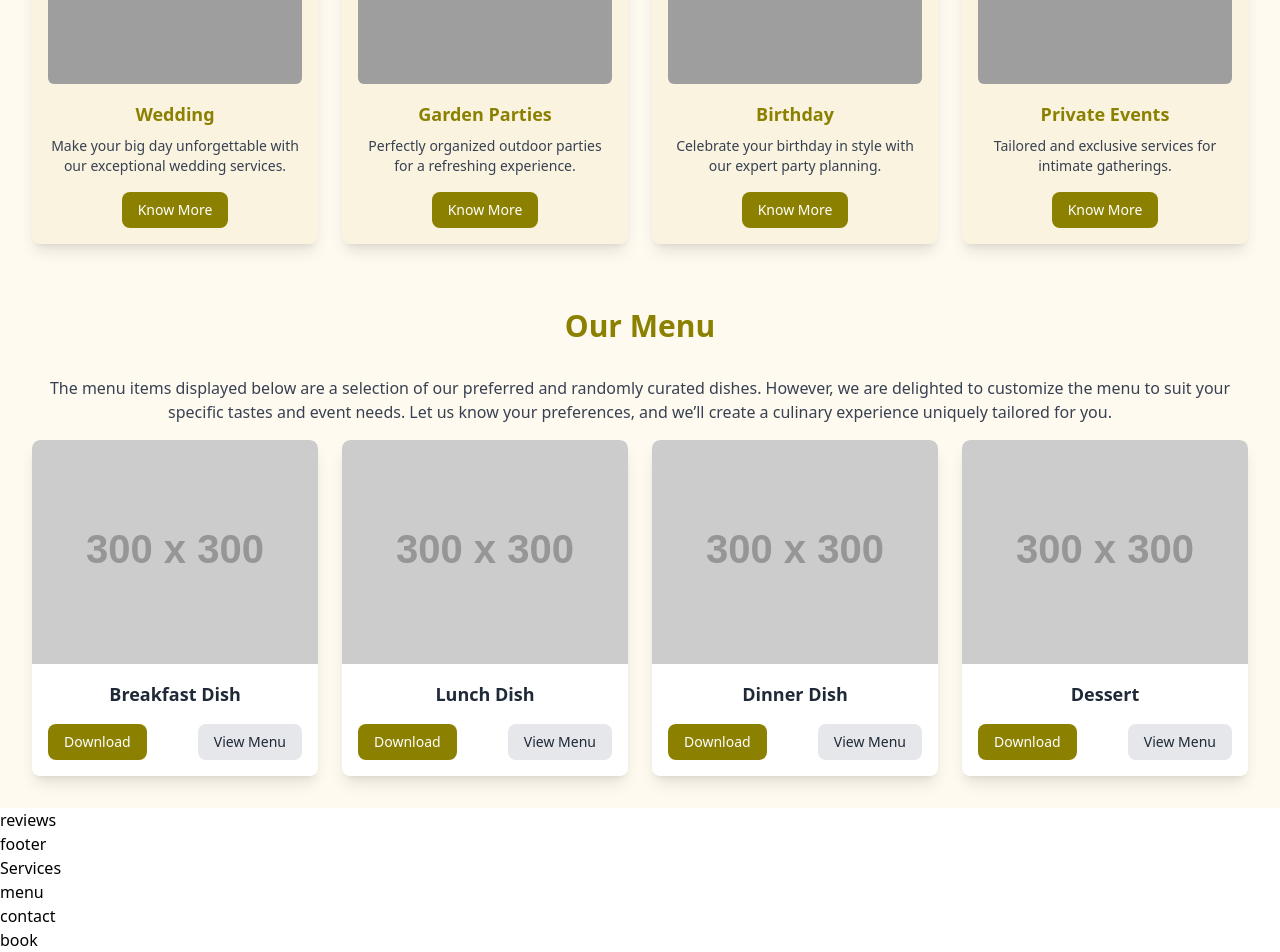
Repository: makanda596/compactchef
Page: /
The author's editor kept a copy of each file at every save. The page is drawn from the files as they stood at one save, then again after the next save.
The browser window is 1280 px wide. The pictures show the part of the page from y = 2332 to 3284 px (the page is 3284 px tall).
Pictures or frames that could not be fetched are drawn as grey boxes. The project was rebuilt for these pictures with package versions that can differ from the ones it lists, and the page was loaded fresh each time.

Above is the page before, as saved 2025-01-08 08:10:39.

After the next save:
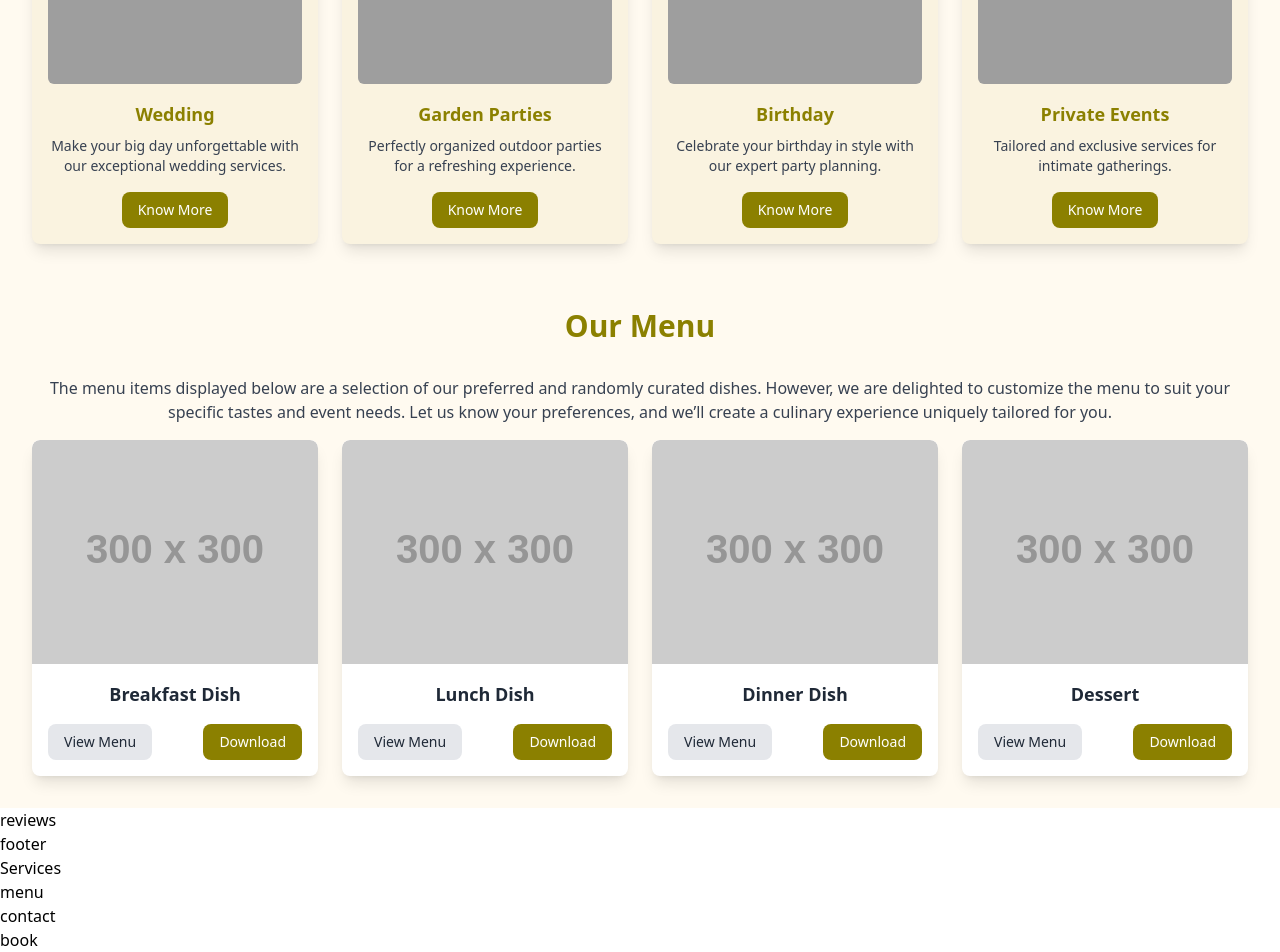
Saved 25 s later.
--- a/src/components/About.jsx
+++ b/src/components/About.jsx
@@ -181,15 +181,8 @@ function About() {
                                 {item.title}
                             </h3>
 
-                            {/* Buttons */}
+
                             <div className="flex flex-col sm:flex-row justify-between gap-4 p-4">
-                                <a
-                                    href={item.downloadLink} // Download link
-                                    download
-                                    className="bg-[#8b8000] text-white py-2 px-4 text-center rounded-lg text-sm hover:bg-[#a08d00] transition-colors duration-300"
-                                >
-                                    Download
-                                </a>
                                 <a
                                     href={item.viewLink} // View menu link
                                     target="_blank"
@@ -198,6 +191,14 @@ function About() {
                                 >
                                     View Menu
                                 </a>
+                                <a
+                                    href={item.downloadLink} // Download link
+                                    download
+                                    className="bg-[#8b8000] text-white py-2 px-4 text-center rounded-lg text-sm hover:bg-[#a08d00] transition-colors duration-300"
+                                >
+                                    Download
+                                </a>
+
                             </div>
                         </div>
                     ))}
